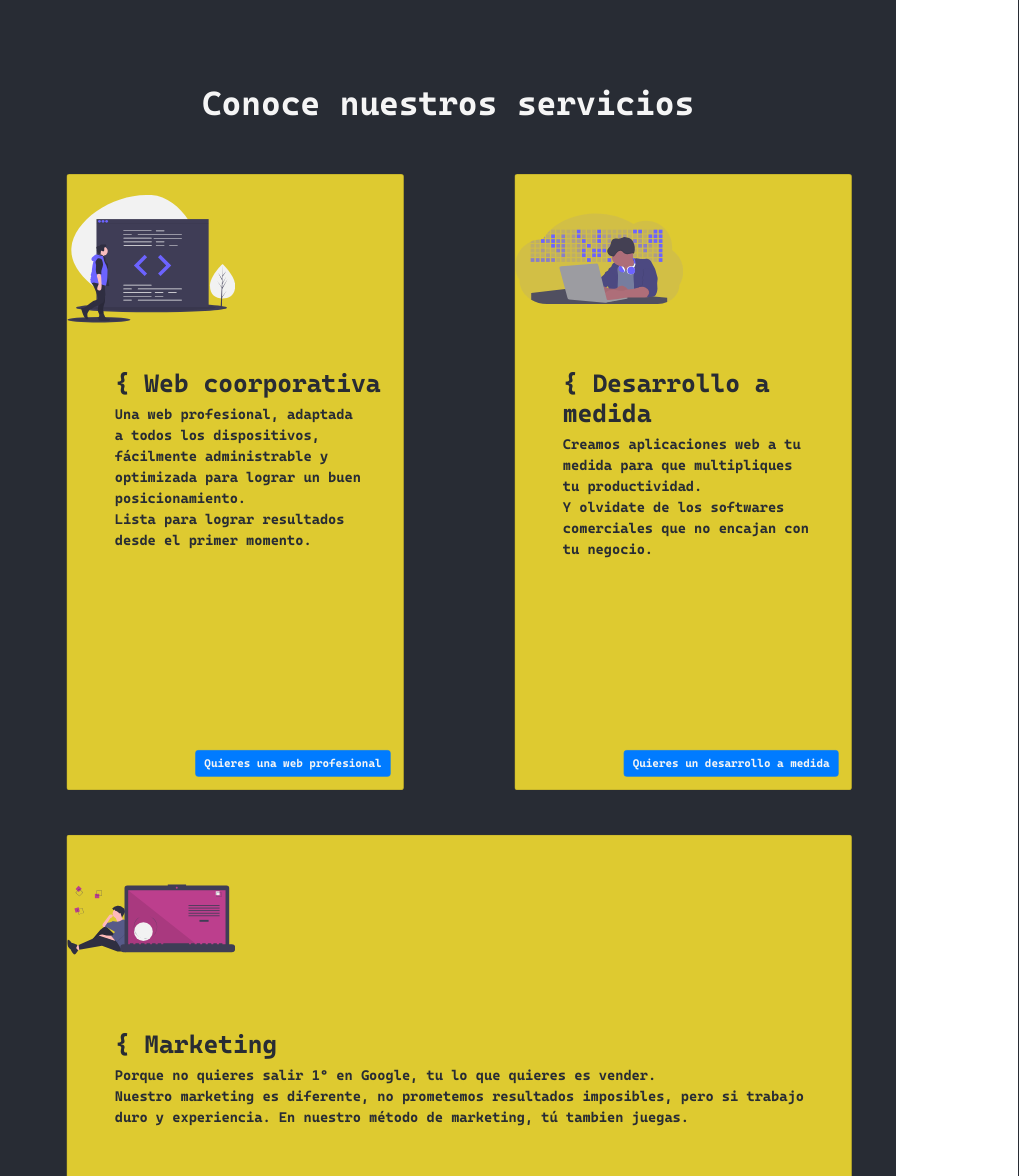
Repository: banchiec/thinkcode
Page: /
The author's editor kept a copy of each file at every save. The page is drawn from the files as they stood at one save, then again after the next save.
The browser window is 1280 px wide. The page is 1455 px wide, so the pictures cover 1455 px, including what lies to the right of the window. The pictures show the part of the page from y = 712 to 2392 px (the page is 3534 px tall), at 70% of full size.
Some web libraries are served in a nearby version. The project was rebuilt for these pictures with package versions that can differ from the ones it lists, and the page was loaded fresh each time. A package was used in the major version that the imports need, not the one package.json lists. Also part of the build but not shown: src/components/MenuItems.js, src/components/Dropdownthink.css, src/components/Dropdownthink.js, src/components/pages/Consulting.js, src/components/pages/ContactUs.js, src/components/pages/Marketing.js, src/components/pages/Products.js, src/components/pages/Services.js and 1 more.

Above is the page before, as saved 2020-11-27 01:05:50.

After the next save:
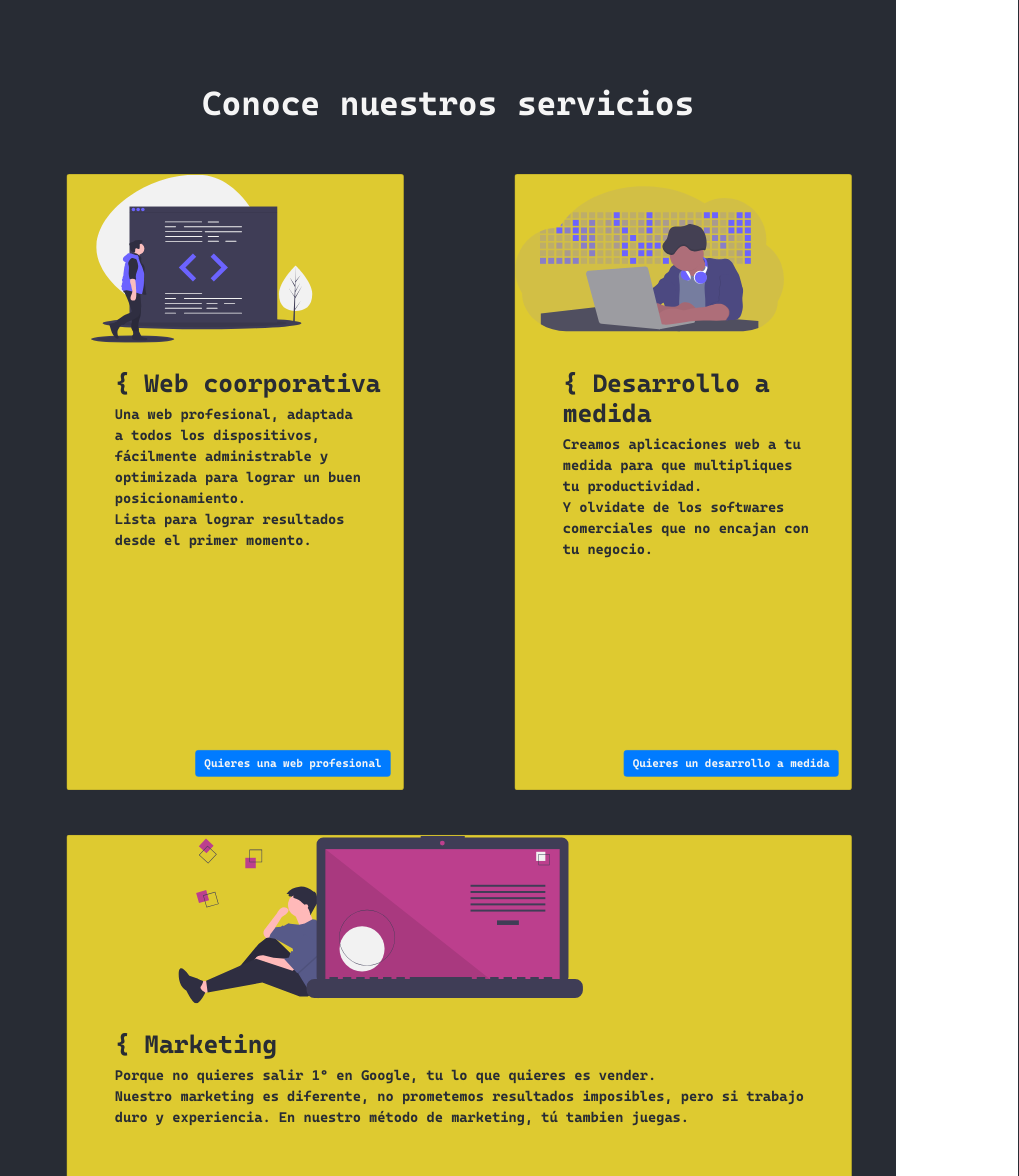
Saved 11 s later.
--- a/src/components/pricing/Pricing.css
+++ b/src/components/pricing/Pricing.css
@@ -40,7 +40,7 @@
 }
 .image-pricing {
     height: 15rem;
-    width: 15rem;
+    width: 80%;
 }
 .title-card {
     padding-top: 1rem;
